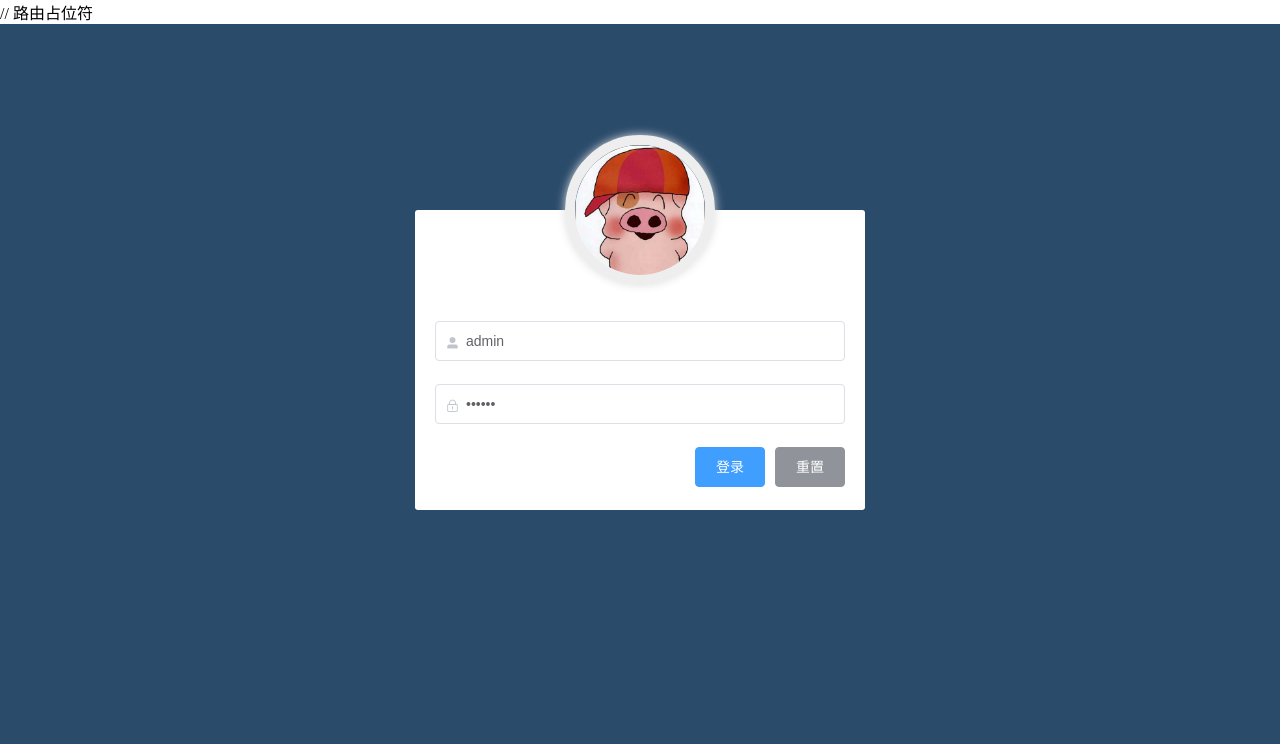
Repository: Japcy/onetwothree
Page: /
An editor plug-in stored every save of this project. The page is shown before and after the next save, followed by the edit.
The browser window is 1280 px wide. The pictures show the whole page.
The project was rebuilt for these pictures with package versions that can differ from the ones it lists, and the page was loaded fresh each time. Also part of the build but not shown: src/components/Home.vue.

Above is the page before, as saved 2020-02-29 21:21:18.

After the next save:
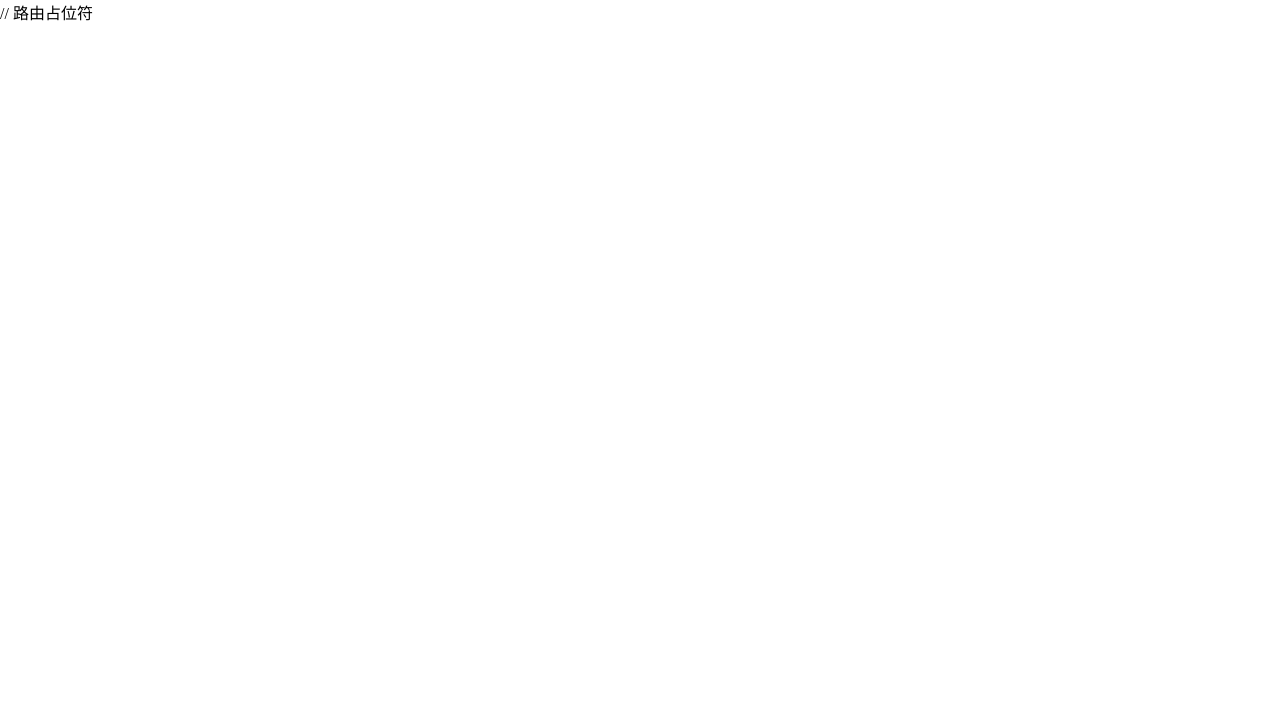
Saved 5 min 7 s later.
--- a/src/router/index.js
+++ b/src/router/index.js
@@ -24,4 +24,7 @@
   routes
 })
 
+// 挂载路由导航守卫
+router.beforeEach((from, to, next) => { })
+
 export default router

After the 6 saves that followed:
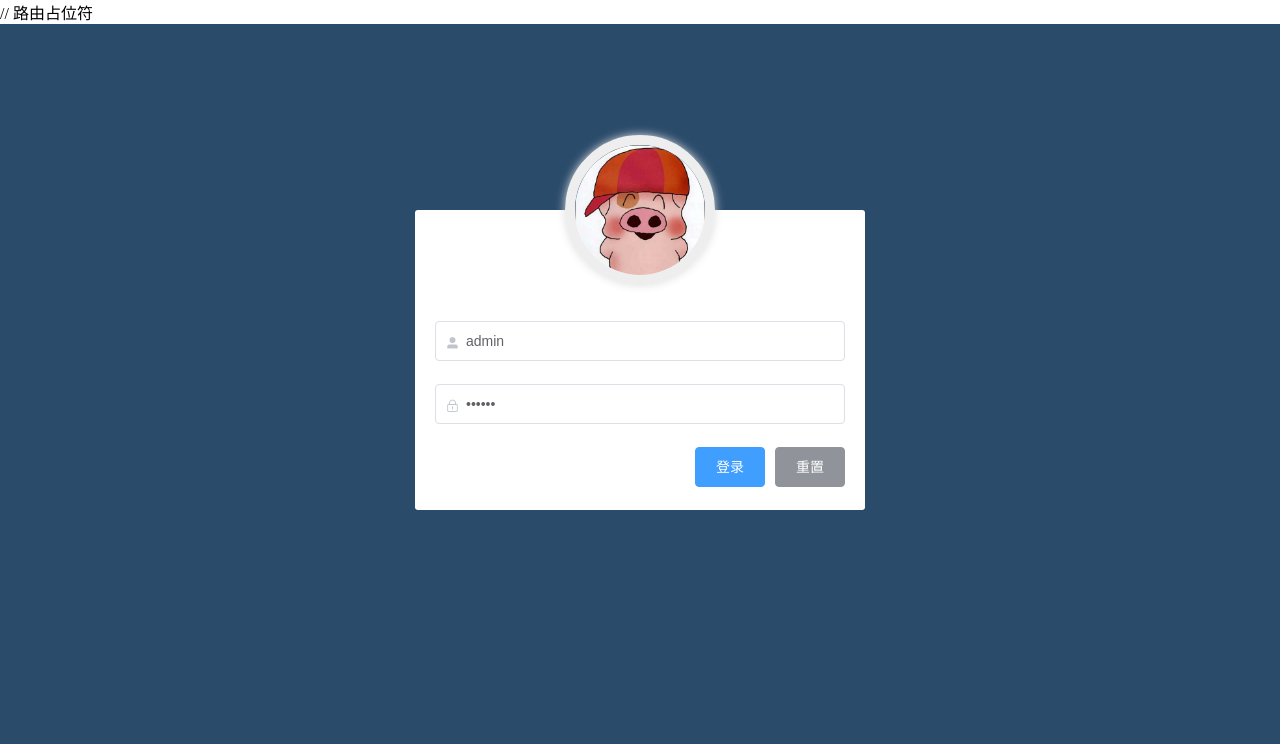
The 6 saves are shown as one change because 5 left the picture as it was.
The last was saved 4 min 16 s later.
--- a/src/router/index.js
+++ b/src/router/index.js
@@ -24,7 +24,9 @@
   routes
 })
 
-// 挂载路由导航守卫
-router.beforeEach((from, to, next) => { })
+// 挂载路由导航守卫，接受三个参数：to将要访问的路径，from从哪个路径跳转而来的，next放行后要执行的函数
+router.beforeEach((to, from, next) => {
+  if (to.path === '/login') return next()
+})
 
 export default router
